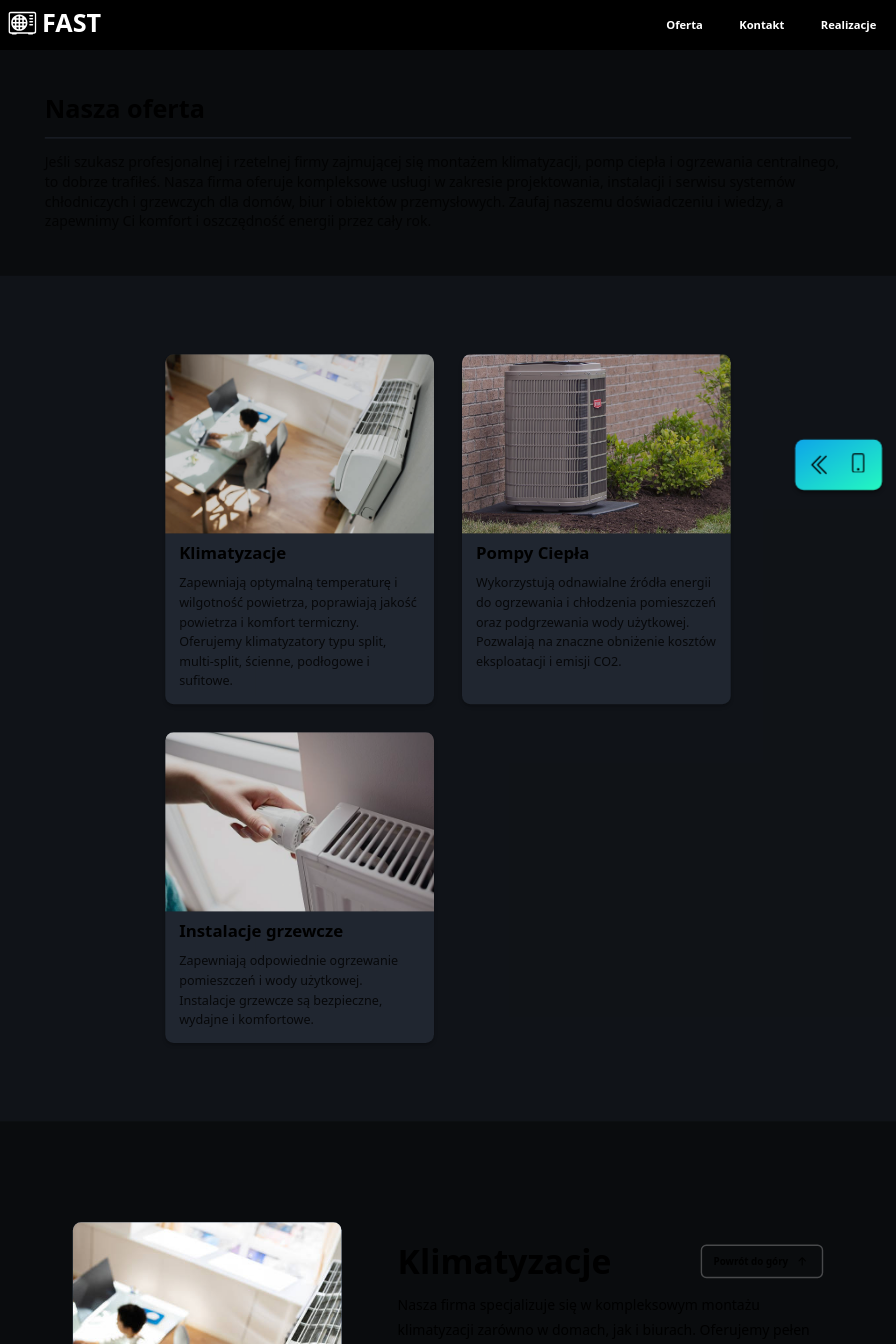
Repository: piotrokrutniak/Fast-CompanyWebsite
Page: /oferta
These files come from the project's save history. The page is drawn as it stood at one moment and after the next save; the edit follows.
The browser window is 1280 px wide. The pictures show the part of the page from y = 0 to 1920 px (the page is 3930 px tall before and 3962 px after), at 70% of full size.
The project was rebuilt for these pictures with package versions that can differ from the ones it lists, and the page was loaded fresh each time. The framework's server and built-in components were replaced by stand-ins that run in the browser. Also part of the build but not shown: next.config.js.

Above is the page before, as saved 2023-10-22 16:30:03.

After the next save:
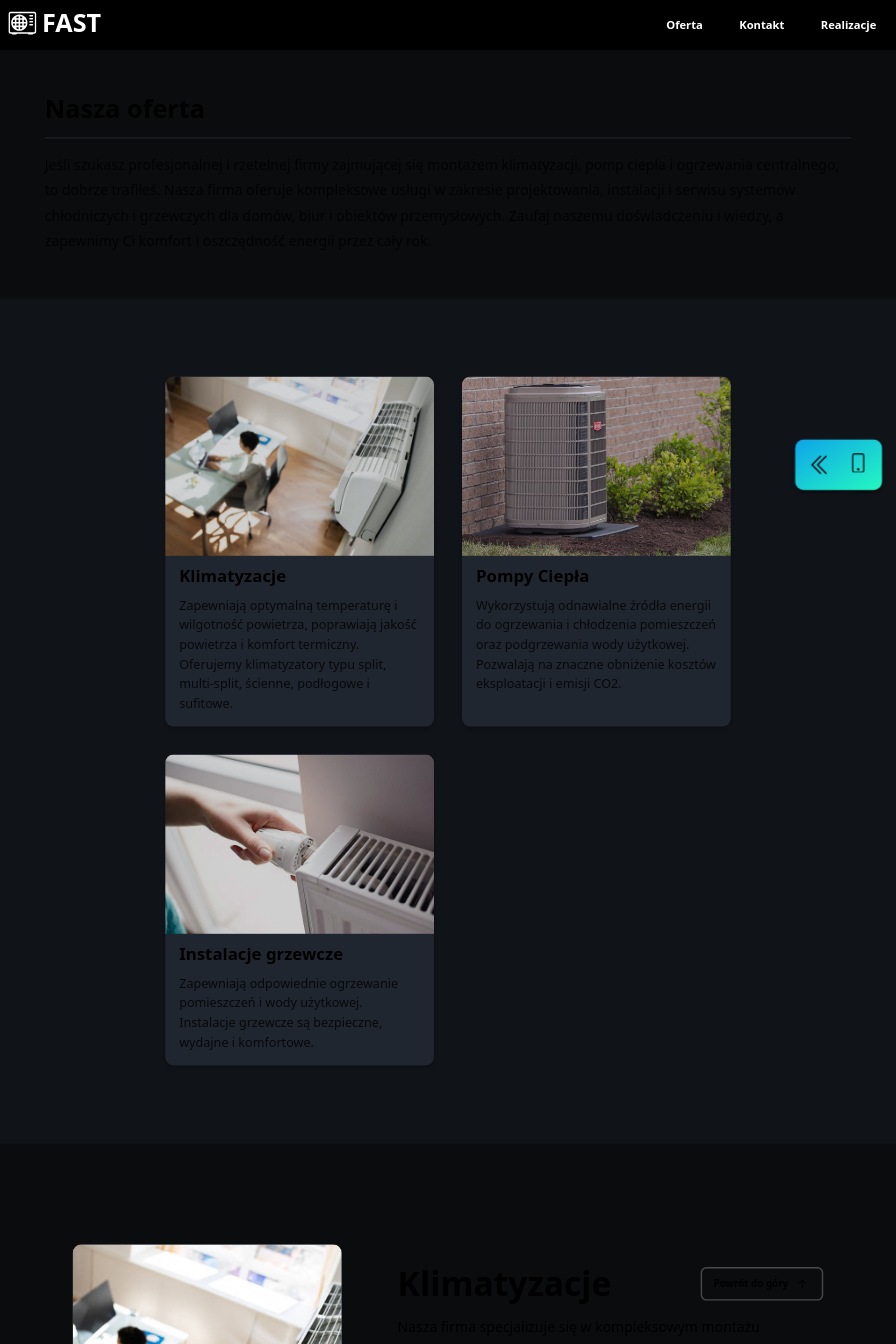
Saved 6 s later.
--- a/src/app/(pages)/oferta/page.js
+++ b/src/app/(pages)/oferta/page.js
@@ -13,7 +13,7 @@ export default function Oferta(){
             <section id="oferty" className="m-auto">
                 <div className="sm:p-16 max-w-7xl m-auto p-5">
                     <h1 className="mb-5 pb-5 text-4xl font-semibold border-b-2 border-slate-600/30"> Nasza oferta </h1>
-                    <p className="text-lg sm:text-xl opacity-80 font-normal leading-9"> Jeśli szukasz profesjonalnej i rzetelnej firmy zajmującej się montażem klimatyzacji, pomp ciepła i ogrzewania centralnego, to dobrze trafiłeś. Nasza firma oferuje kompleksowe usługi w zakresie projektowania, instalacji i serwisu systemów chłodniczych i grzewczych dla domów, biur i obiektów przemysłowych. Zaufaj naszemu doświadczeniu i wiedzy, a zapewnimy Ci komfort i oszczędność energii przez cały rok.</p>
+                    <p className="text-lg sm:text-xl opacity-80 font-normal !leading-9"> Jeśli szukasz profesjonalnej i rzetelnej firmy zajmującej się montażem klimatyzacji, pomp ciepła i ogrzewania centralnego, to dobrze trafiłeś. Nasza firma oferuje kompleksowe usługi w zakresie projektowania, instalacji i serwisu systemów chłodniczych i grzewczych dla domów, biur i obiektów przemysłowych. Zaufaj naszemu doświadczeniu i wiedzy, a zapewnimy Ci komfort i oszczędność energii przez cały rok.</p>
                 </div>
 
                 <div className="bg-slate-600/10 lg:py-28 p-2 py-10">
